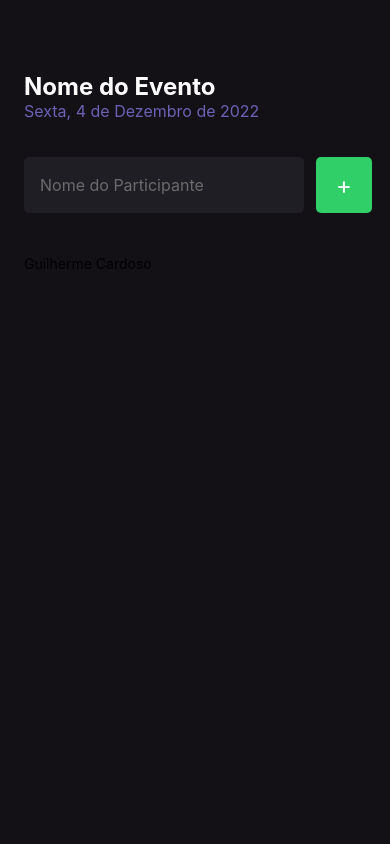
Repository: guilhermecardoso93/reactNative-ignite-imhere
Screen: /
The author's editor kept a copy of each file at every save. The screen is drawn from the files as they stood at one save, then again after a run of saves.
The app was drawn by React Native's web renderer in a window 390 px wide. The project was rebuilt for these pictures with package versions that can differ from the ones it lists, and the page was loaded fresh each time.

Above is the screen before, as saved 2022-10-02 20:14:04.

### App.tsx
import { Text, View, StyleSheet } from "react-native";
import Home from "./src/screens/Home";

export default function App() {
  return (
    <>
      <Home/>
    </>
  );
}

### src/screens/Home/index.tsx
import { Text, View, TextInput, TouchableOpacity } from "react-native";
import { Participant } from "../../components/Participant";

import { styles } from "./styles";

export default function Home() {
  function handleAddPArticipant() {
    console.log("ADD part");
  }

  return (
    <View style={styles.container}>
      <Text style={styles.eventName}>Nome do Evento</Text>
      <Text style={styles.eventDate}>Sexta, 4 de Dezembro de 2022</Text>
      <View style={styles.form}>
        <TextInput
          style={styles.eventInput}
          placeholder="Nome do Participante"
          placeholderTextColor="#6b6b6b"
        />
        <TouchableOpacity style={styles.button} onPress={handleAddPArticipant}>
          <Text style={styles.buttonText}>+</Text>
        </TouchableOpacity>
      </View>
      <Participant/>
    </View>
  );
}

### src/components/Participant/index.tsx
import { Text, View } from "react-native";

export function Participant(){
  return (
    <View>
      <Text>Guilherme Cardoso</Text>
    </View>
  )
}

### src/screens/Home/styles.ts
import { StyleSheet } from "react-native";

export const styles = StyleSheet.create({
  container: {
    flex: 1,
    padding: 24,
    backgroundColor: "#131016",
  },
  eventName: {
    color: "#fff",
    fontSize: 24,
    fontWeight: "bold",
    marginTop: 48,
  },
  eventDate: {
    color: "#6b62b6",
    fontSize: 16,
  },

  eventInput: {
    backgroundColor: "#1f1e25",
    color: "#FFF",
    height: 56,
    flex: 1,
    borderRadius: 5,
    padding: 16,
    fontSize: 16,
    marginRight: 12,
  },

  button: {
    width: 56,
    height: 56,
    borderRadius: 5,
    backgroundColor: "#31cf67",
    alignItems: "center",
    justifyContent: "center",
  },
  buttonText: {
    color: "#FFF",
    fontSize: 24,
  },
  form: {
    width: "100%",
    flexDirection: "row",
    marginTop: 36,
    marginBottom: 42,
  },
});

### src/components/Participant/styles.ts
import { StyleSheet } from "react-native";

export const styles = StyleSheet.create({
  container: {
    width: '100%',
    backgroundColor: '#1f1e25',

  }
})

After the next 2 saves:
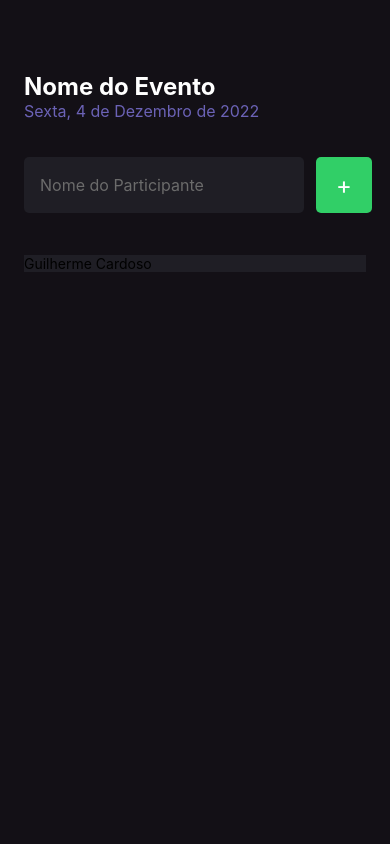
The 2 saves are shown as one change because they came seconds apart.
The last was saved 11 s later.
--- a/src/components/Participant/index.tsx
+++ b/src/components/Participant/index.tsx
@@ -1,8 +1,11 @@
 import { Text, View } from "react-native";
+
+
+import { styles } from "./styles";
 
 export function Participant(){
   return (
-    <View>
+    <View style={styles.container}>
       <Text>Guilherme Cardoso</Text>
     </View>
   )
